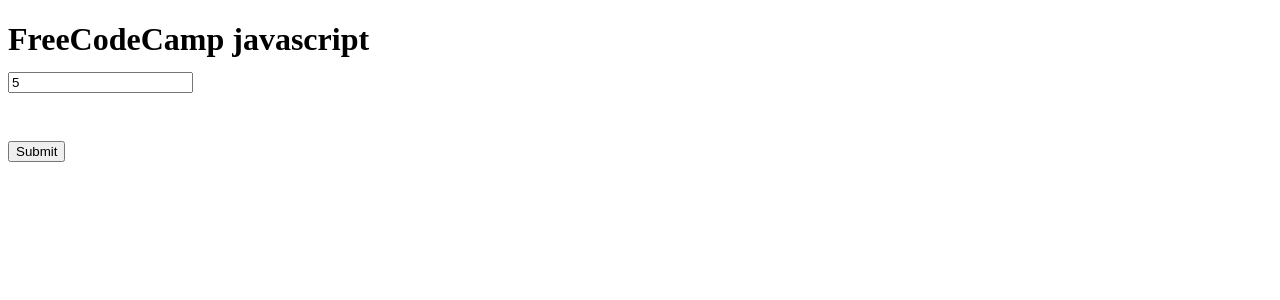
Repository: cuongcay/Clone_YB
Page: FreeCodeCamp.html
These files come from the project's save history. The page is drawn as it stood at one moment and after a run of saves; the edit follows.
The browser window is 1280 px wide. The pictures show the whole page.
Empty fields were first filled with sample values (such as "Sample", 5 or name@example.com).
After loading, the first visible `#submit` was clicked once.

Above is the page before, as saved 2022-08-02 15:56:06.

### FreeCodeCamp.html
<!DOCTYPE html>
<html lang="en">
<head>
    <meta charset="UTF-8">
    <meta http-equiv="X-UA-Compatible" content="IE=edge">
    <meta name="viewport" content="width=device-width, initial-scale=1.0">
    <title>FreeCodeCamp</title>
</head>
<body>
    <h1>
        FreeCodeCamp javascript
        <div >
            <input type="number" id="input" placeholder="Enter Number">
            <p id="hello">hello</p>
            <input type="submit" id="submit" value="Submit" onclick="submit()">
        </div>
    </h1>

    <script type="text/javascript" src="./FreeCodeCamp.js"></script>
</body>
</html>

### FreeCodeCamp.js
function submit(){
    const input = document.getElementById("input").value;
    const hello = document.getElementById("hello");

    const submit = document.getElementById("submit");

    const mod = input%2;

    if(mod ===1){
        hello.innerHTML = `

        `
    }else{
        console.log("la so chan");
    }
}

After the next 3 saves:
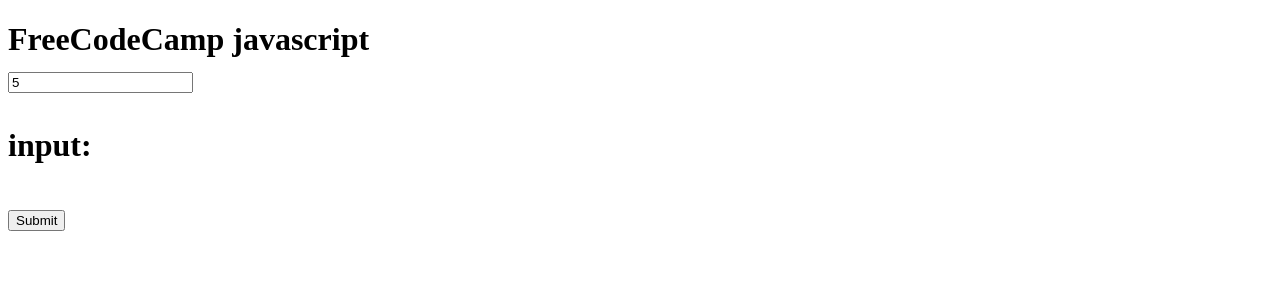
The 3 saves are shown as one change because they came seconds apart.
The last was saved 8 s later.
--- a/FreeCodeCamp.js
+++ b/FreeCodeCamp.js
@@ -8,7 +8,7 @@
 
     if(mod ===1){
         hello.innerHTML = `
-
+            input:
         `
     }else{
         console.log("la so chan");
